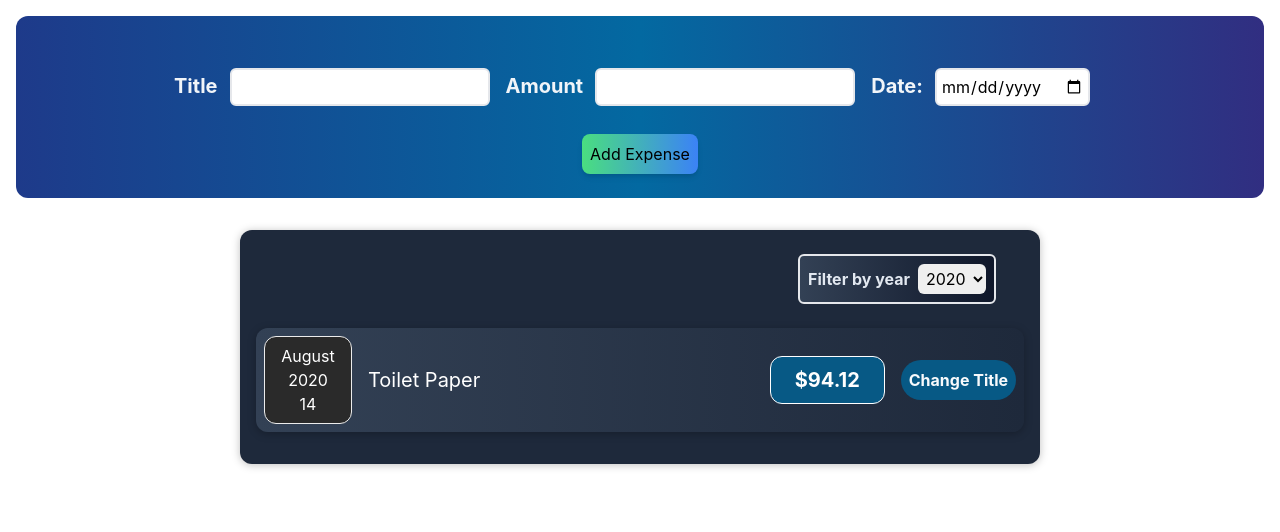
Repository: Sef24/expense-tracker
Page: /
An editor plug-in stored every save of this project. The page is shown before and after the next save, followed by the edit.
The browser window is 1280 px wide. The pictures show the whole page.
The project was rebuilt for these pictures with package versions that can differ from the ones it lists, and the page was loaded fresh each time. Also part of the build but not shown: src/components/NewExpense/NewExpense.css, src/components/NewExpense/ExpenseForm.css.

Above is the page before, as saved 2022-05-03 16:06:26.

After the next save:
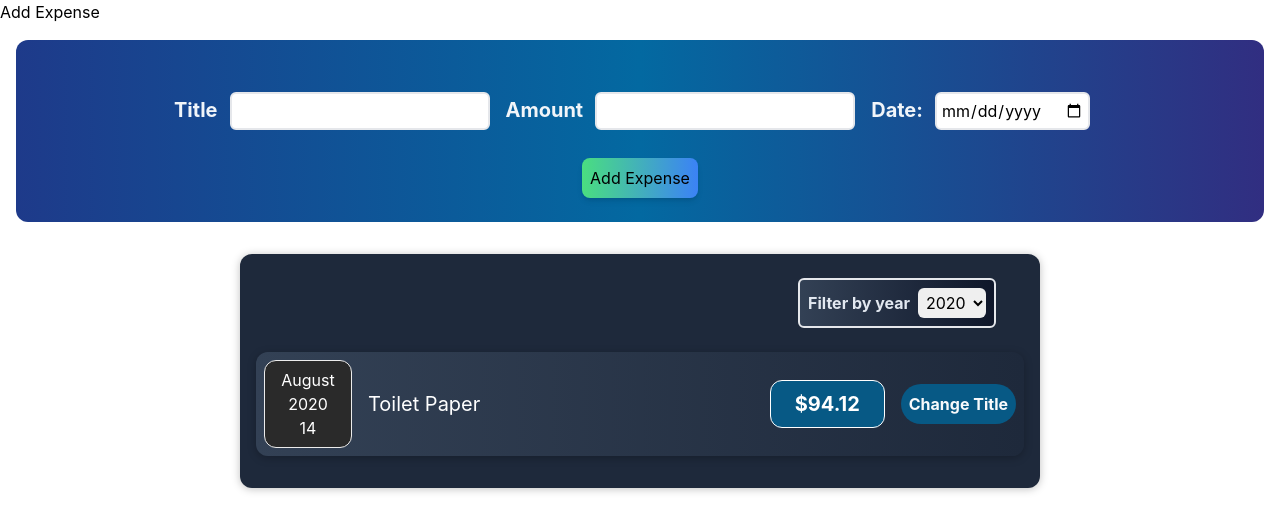
Saved 108 s later.
--- a/src/components/NewExpense/NewExpense.js
+++ b/src/components/NewExpense/NewExpense.js
@@ -14,6 +14,7 @@ function NewExpense(props) {
 
   return (
     <div>
+      <button>Add Expense</button>
       <ExpenseForm onSaveExpenseData={saveExpenseDataHandler} />
     </div>
   );
